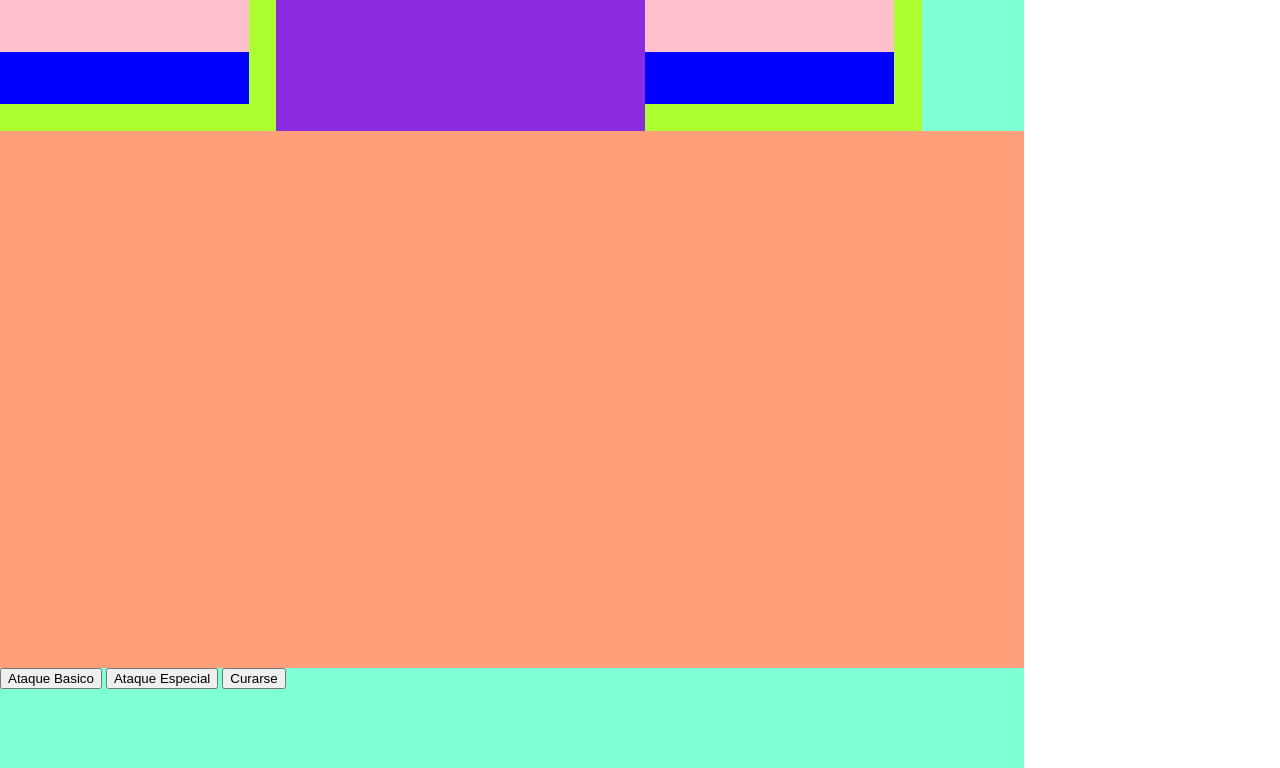
Repository: NovaDuel/novaduel-game
Page: index.html
The author's editor kept a copy of each file at every save. The page is drawn from the files as they stood at one save, then again after the next save.
The browser window is 1280 px wide. The pictures show the whole page.

Above is the page before, as saved 2024-03-25 09:52:31.

After the next save:
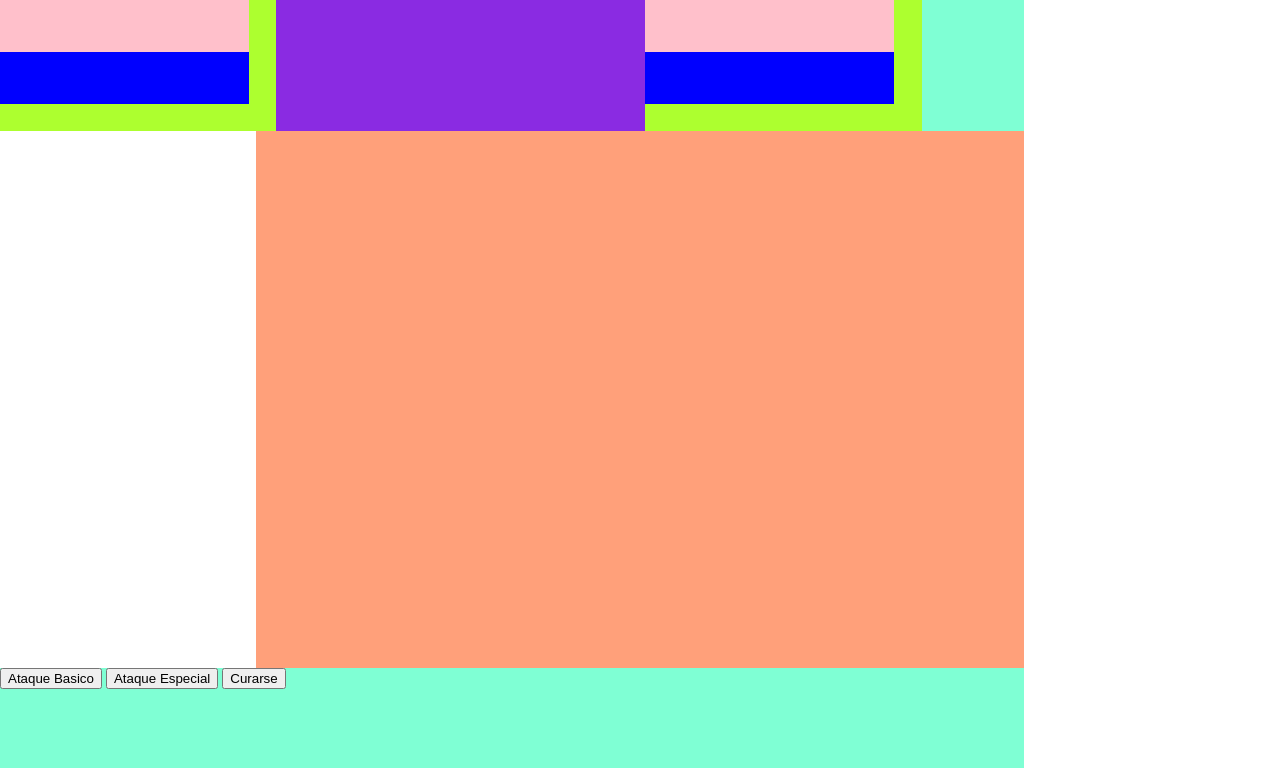
Saved 29 s later.
--- a/style.css
+++ b/style.css
@@ -42,7 +42,7 @@ body {
 }
 
 .pj {
-    height: 50;
+    height: 50%;
     width: 25%;
     background-color: white;
 }
